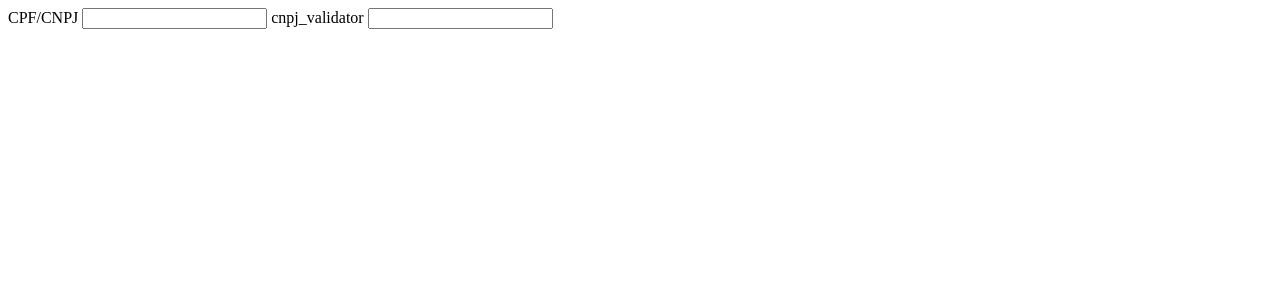
Repository: edsonjuniornarvaes/utils-js
Page: index.html
These files come from the project's save history. The page is drawn as it stood at one moment and after the next save; the edit follows.
The browser window is 1280 px wide. The pictures show the whole page.

Above is the page before, as saved 2020-07-28 22:56:46.
Console error: ReferenceError: $ is not defined

After the next save:
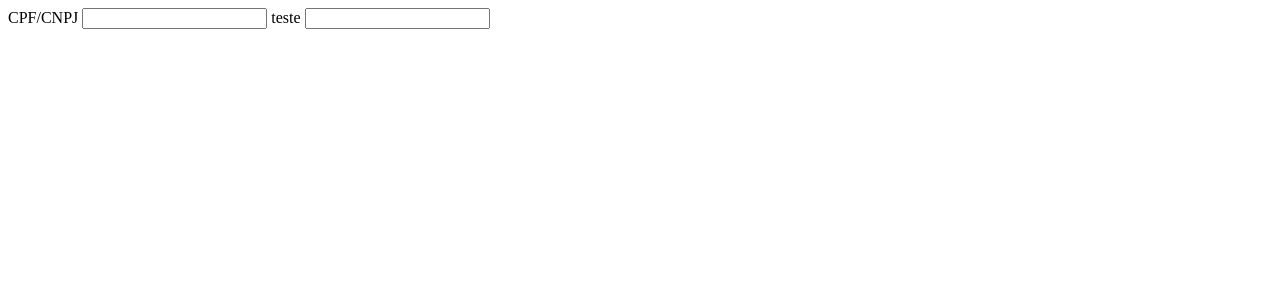
Saved 7 s later.
--- a/index.html
+++ b/index.html
@@ -1,7 +1,7 @@
 <div class="">
     <label>CPF/CNPJ</label>
     <input type="text" class="form-control cnpj_validator">
-    cnpj_validator
+    <label>teste</label>
     <input type="text" class="form-control">
 </div>
 
